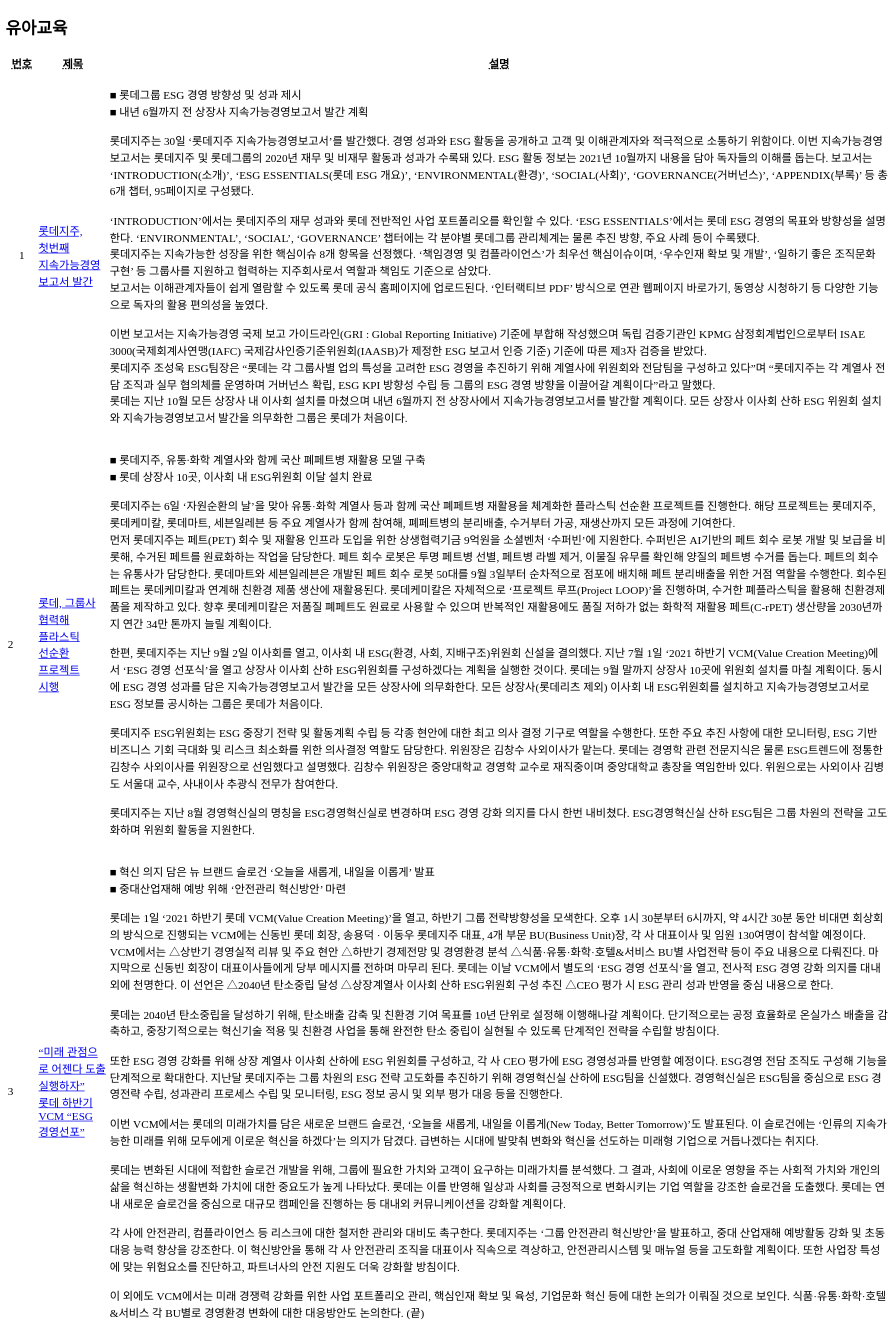
Repository: songyooon/pro06
Page: http://localhost/policy/infantlist
These files come from the project's save history. The page is drawn as it stood at one moment and after the next save; the edit follows.
The browser window is 1280 px wide. The pictures show the part of the page from y = 0 to 1920 px (the page is 2759 px tall before and 2879 px after), at 70% of full size.
The page is this project's Thymeleaf template; nobody is signed in. The template is opened directly, without the code that normally fills it, so the values that code supplies are empty.

Above is the page before, as saved 2022-12-26 04:15:33.

After the next save:
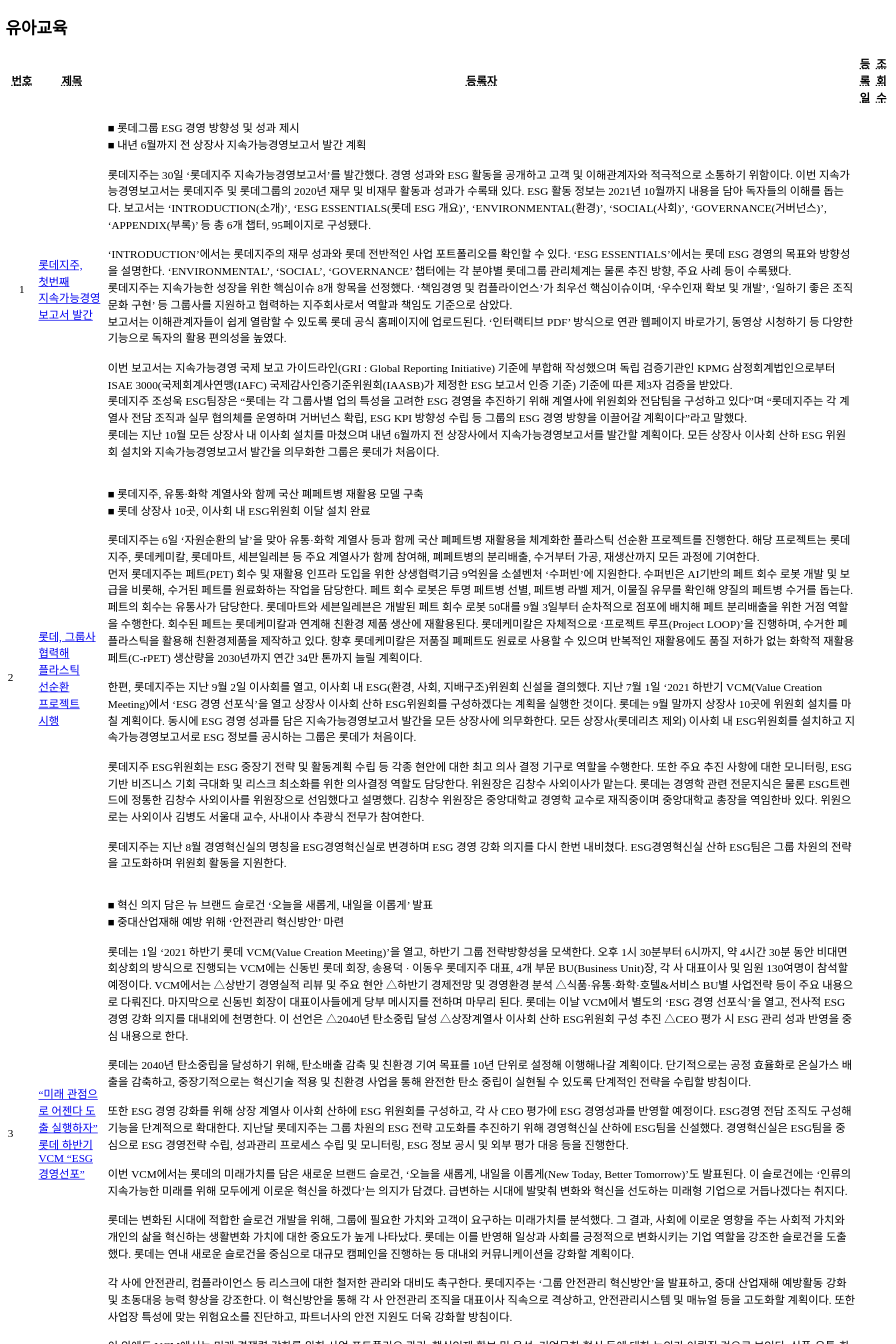
Saved 82 s later.
--- a/myapp/src/main/resources/templates/policy/infantlist.html
+++ b/myapp/src/main/resources/templates/policy/infantlist.html
@@ -17,7 +17,10 @@
                     <tr>
                       <th><abbr title="Num">번호</abbr></th>
                       <th><abbr title="Title">제목</abbr></th>
-                      <th><abbr title="Comment">설명</abbr></th>
+                      <th><abbr title="Comment">등록자</abbr></th>
+                      <th><abbr title="Resdate">등록일</abbr></th>
+                      <th><abbr title="Visited">조회수</abbr></th>
+
                     </tr>
                   </thead>
                    <tbody>
